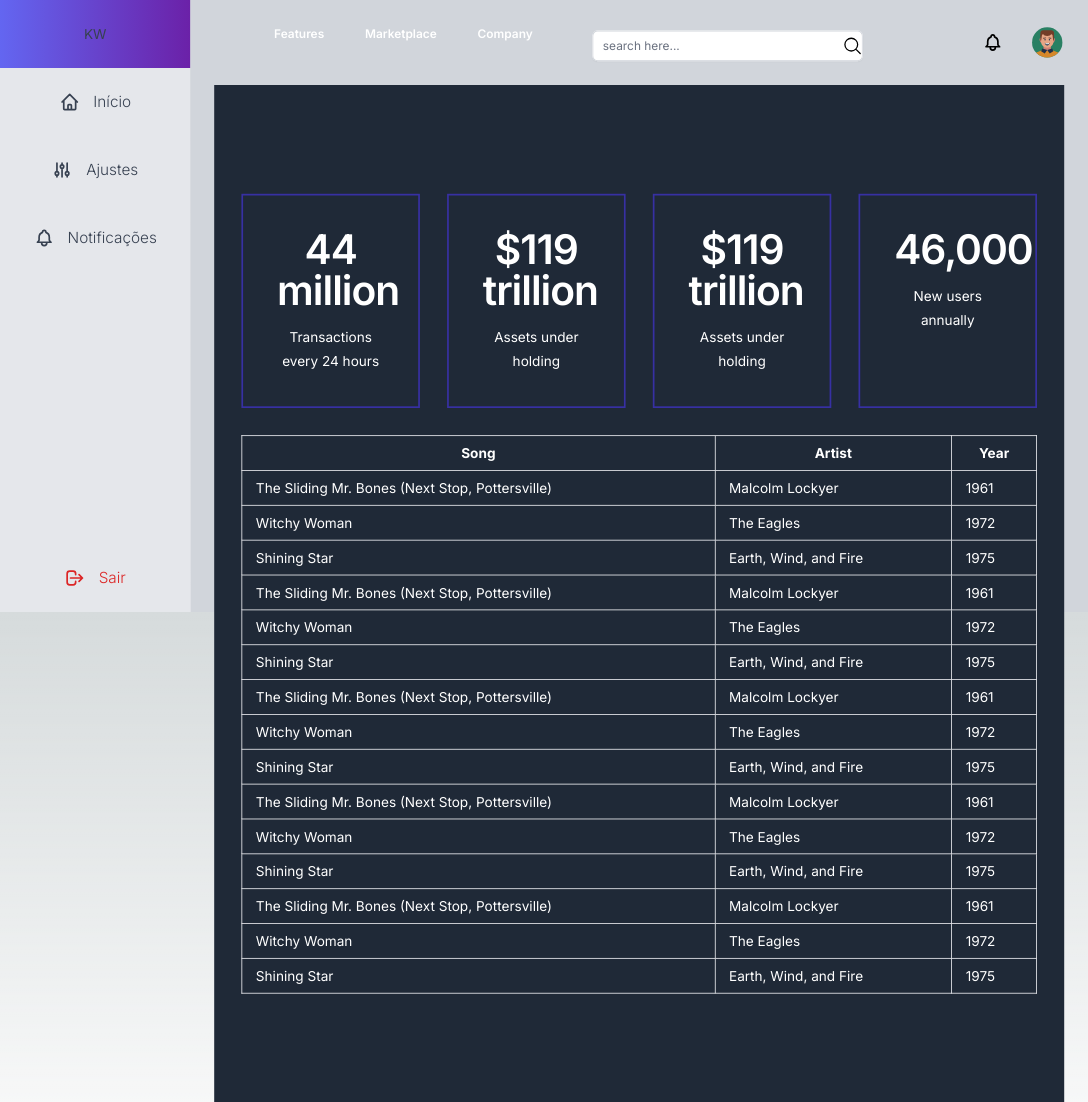
Repository: KennedyWanderson/AdminDashboard
Page: / (app in Code/admindashboard/)
These files come from the project's save history. The page is drawn as it stood at one moment and after the next save; the edit follows.
The browser window is 1280 px wide. The pictures show the whole page, at 85% of full size.
The project was rebuilt for these pictures with package versions that can differ from the ones it lists, and the page was loaded fresh each time. The framework's server and built-in components were replaced by stand-ins that run in the browser. Also part of the build but not shown: Code/admindashboard/next.config.mjs.

Above is the page before, as saved 2024-06-23 16:19:09.

After the next save:
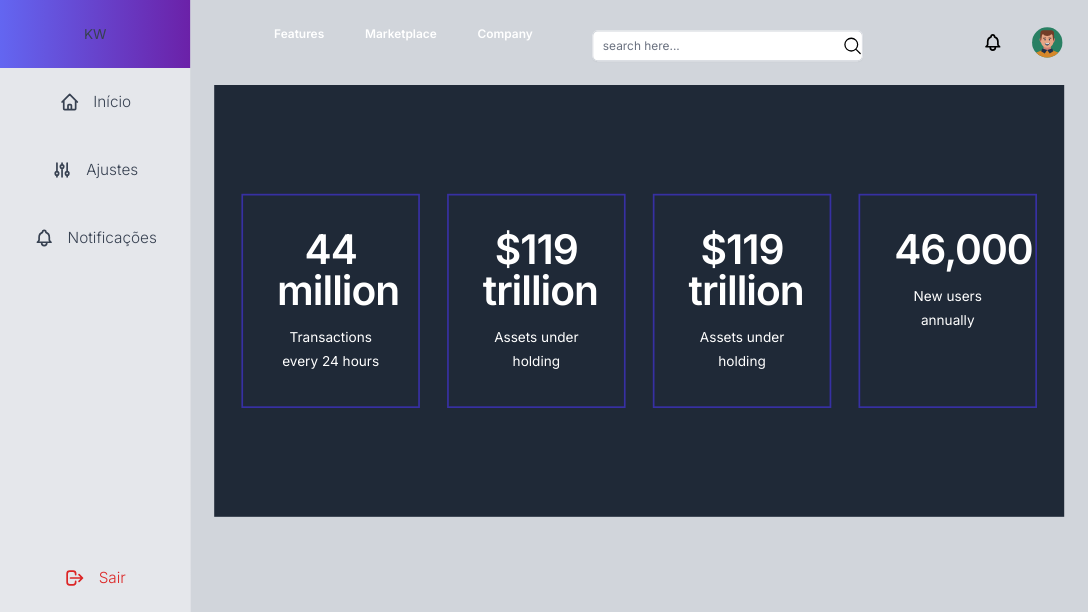
Saved 4 s later.
--- a/Code/admindashboard/src/components/Home.jsx
+++ b/Code/admindashboard/src/components/Home.jsx
@@ -21,7 +21,7 @@ export default function HomePage() {
                     </div>
                 </dl>
 
-                <table className="table-auto w-full mt-8 text-white">
+                {/* <table className="table-auto w-full mt-8 text-white">
                     <thead>
                         <tr className="">
                             <th className="px-4 py-2 border">Song</th>
@@ -107,7 +107,7 @@ export default function HomePage() {
                         </tr>
 
                     </tbody>
-                </table>
+                </table> */}
             </div>
         </div>
     )
